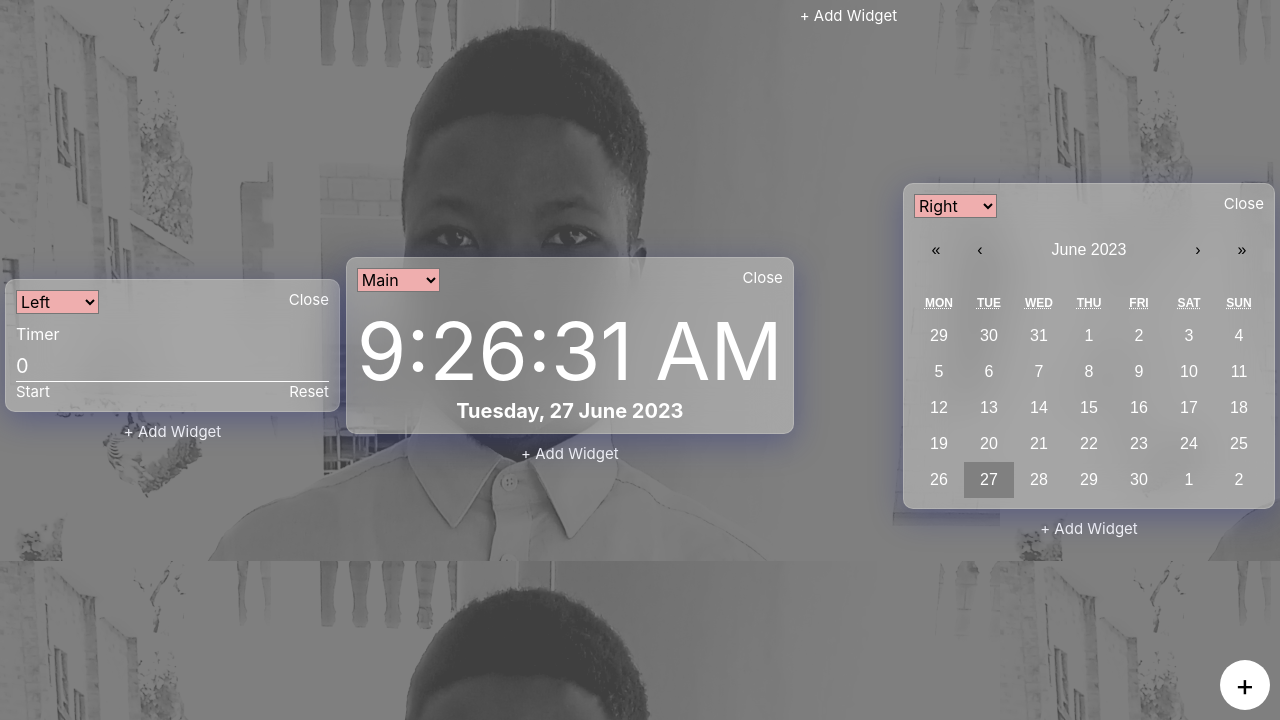
Repository: Angera-Silas/Planner-app
Page: /
An editor plug-in stored every save of this project. The page is shown before and after the next save, followed by the edit.
The browser window is 1280 px wide. The pictures show the whole page.
The project was rebuilt for these pictures with package versions that can differ from the ones it lists, and the page was loaded fresh each time. Also part of the build but not shown: src/widgets/ReminderListWidget.js, src/modals/WidgetGalleryModal.js.

Above is the page before, as saved 2023-06-27 18:08:02.

After the next save:
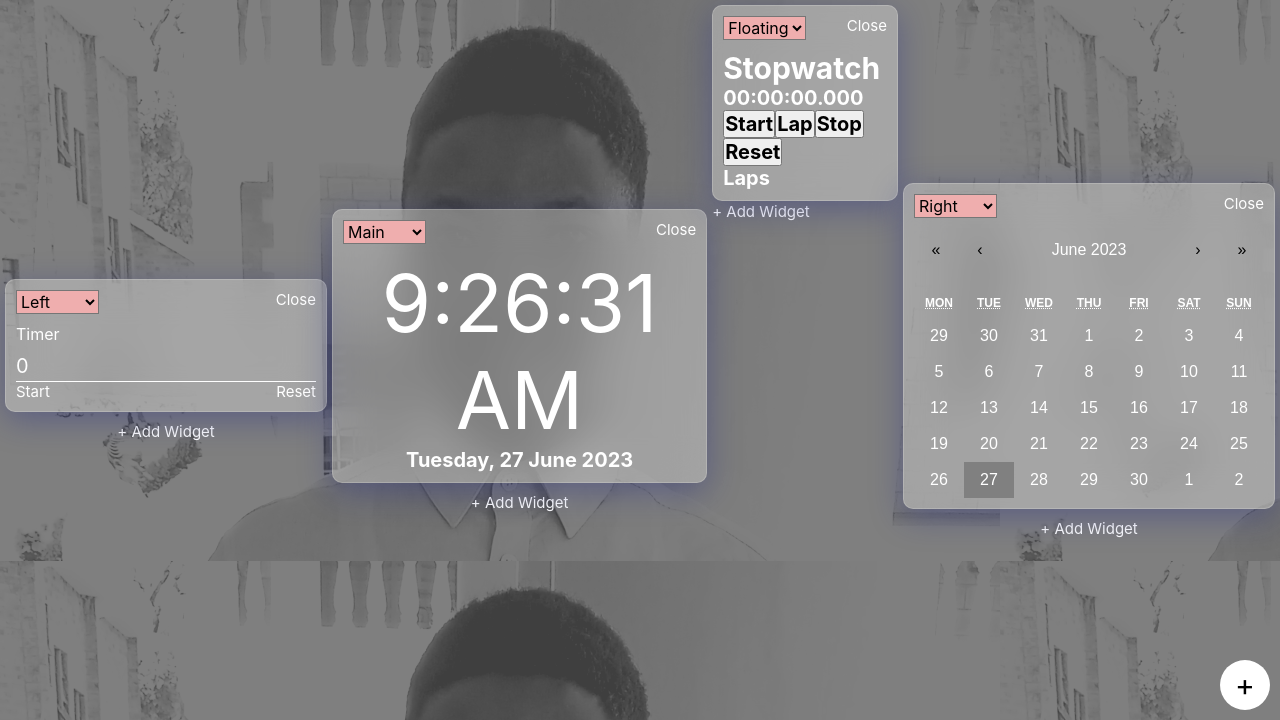
Saved 5 s later.
--- a/src/App.js
+++ b/src/App.js
@@ -155,7 +155,7 @@ function App() {
      </div>
      <div className='center-widget'>
       {widgets.length > 0 && widgets.map((widget, index) => {
-       if (widget.area === '-widget') {
+       if (widget.area === 'center-widget') {
         return (
          <div style={{ padding: 10,}} className='widget-container' >
           <div style={{ marginBottom: 10 }}>
